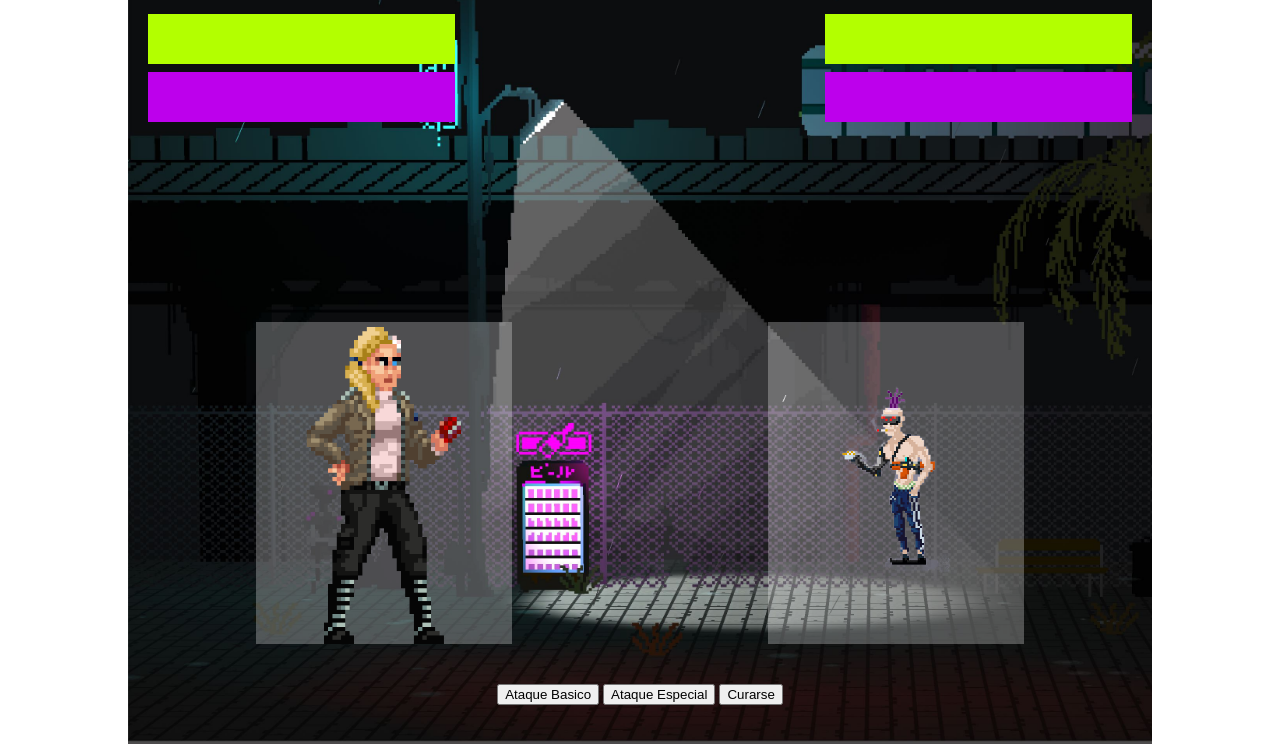
Repository: NovaDuel/novaduel-game
Page: index.html
An editor plug-in stored every save of this project. The page is shown before and after the next save, followed by the edit.
The browser window is 1280 px wide. The pictures show the whole page.

Above is the page before, as saved 2024-03-25 16:05:18.

### index.html
<!DOCTYPE html>
<html lang="en">
<head>
    <meta charset="UTF-8">
    <meta name="viewport" content="width=device-width, initial-scale=1.0">
    <link rel="stylesheet" href="style.css">
    <script src="main.js" defer></script>
    <title>NovaDuel</title>
</head>
<body>
    <div id="main-container">
        <div id="status">
            <div class="bars-wrapper">
                <div id="health-player" class="health"></div>
                <div id="stamina-player" class="stamina"></div>
            </div>
            <div class="bars-wrapper">
                <div id="health-enemy" class="health"></div>
                <div id="stamina-enemy" class="stamina"></div>
            </div>
        </div>
        <div id="characters">
            <div id="player" class="pj"></div>
            <div id="enemy" class="pj"></div>
        </div>
        <div id="actions">
            <div id="buttons">
                <button id="basic-attack" class="btn">Ataque Basico</button>
                <button id="special-attack" class="btn">Ataque Especial</button>
                <button id="heal-action" class="btn">Curarse</button>
            </div>
        </div>
    </div>
</body>
</html>

### style.css
body {
    margin: 0;
    padding: 0;
    height: 100vh;
    display: flex;
    align-items: center;
    justify-content: center;
}

#main-container {
    width: 1024px;
    height: 768px;
    background-size: cover;
    background-image: url(./images/scenario.jpg);
}

#status {
    display: flex;
    justify-content: space-between;
    width: 100%;
    height: 27%;
}

.bars-wrapper {
    display: flex;
    flex-direction: column;
    justify-content: space-evenly;
    align-items: left;
    width: 30%;
    height: 60%;
    margin-top: 30px;
    padding: 0 20px;
}

.health {
    width: 100%;
    height: 40%;
    background-color: rgb(179, 255, 0);
}

.stamina {
    width: 100%;
    height: 40%;
    background-color: rgb(189, 0, 236)
}

#characters {
    display: flex;
    align-items: end;
    justify-content: space-around;
    width: 100%;
    height: 60%;
}

.pj {
    height: 70%;
    width: 25%;
    background-color: rgba(255, 255, 255, 0.274);
}

#player {
    background-position-x: 50px;
    background-size: cover;
    background-repeat: no-repeat;
    background-image: url(./images/player.png)
}

#enemy {
    background-position-x: -20px;
    background-size: cover;
    background-repeat: no-repeat;
    background-image: url(./images/enemy.png)
}

#actions {
    height: 13%;
    display: flex;
    align-items: center;
    justify-content: center;
}

### main.js
const selector = selector => document.querySelector(selector);
const selectAll = selector => document.querySelectorAll(selector);

function Player (health, stamina, strength) {
    this.health = health;
    this.stamina = stamina;
    this.strength = strength;
    this.attackPlayer = function() {
        return this.strength;
    },
    this.specialAttackPlayer = function() {
        if (this.stamina >= 10) {
            this.stamina -= 10;
            return this.strength + 10 * Math.round(Math.random() * 3);
        }
    },
    this.receiveDamage = function(damage) {
        this.health -= damage;
    }
    this.healing = function() {
        if (this.stamina >= 20) {
            this.stamina -= 20;
            this.health += 50;
        }
    }
}


function Enemy (health, stamina, strength) {
    this.health = health;
    this.stamina = stamina;
    this.strength = strength;
    this.attackEnemy = function() {
        return this.strength;
    },
    this.specialAttackEnemy = function() {
        if (this.stamina >= 10) {
            this.stamina -= 10;
            return this.strength + 10 * Math.round(Math.random() * 3);
        }
    },
    this.receiveDamage = function (damage) {
        this.health -= damage;
    },
    this.healing = function() {
        if (this.stamina >= 20) {
            this.stamina -= 20;
            this.health += 50;
        }
    }
}

function Game() {

}

let player = new Player(100, 100, 20);
let enemy = new Enemy(100, 100, 18);

function actionsEnemy() {
    if (enemy.stamina >= 10) {
        if (enemy.health === 100) {
            let randomAction = Math.floor(Math.random() * 2);
            switch(randomAction) {
                case 0:
                    let enemyStrength = enemy.attackEnemy();
                    player.receiveDamage(enemyStrength);
                    selector("#health-player").style.width = `${player.health}%`;
                    break;
                case 1:
                    let specialEnemyStrength = enemy.specialAttackEnemy();
                    player.receiveDamage(specialEnemyStrength);
                    selector("#health-player").style.width = `${player.health}%`;
                    selector("#stamina-enemy").style.width = `${enemy.stamina}%`;
                    break;
            }
        } else {
            let randomAction = Math.floor(Math.random() * 3);
            switch(randomAction) {
                case 0:
                    let enemyStrength = enemy.attackEnemy();
                    player.receiveDamage(enemyStrength);
                    selector("#health-player").style.width = `${player.health}%`;
                    break;
                case 1:
                    let specialEnemyStrength = enemy.specialAttackEnemy();
                    player.receiveDamage(specialEnemyStrength);
                    selector("#health-player").style.width = `${player.health}%`;
                    selector("#stamina-enemy").style.width = `${enemy.stamina}%`;
                    break;
                case 2:
                    enemy.healing();
                    selector("#stamina-enemy").style.width = `${enemy.stamina}%`;
                    break;
            }
        }

    } else {
        let enemyStrength = enemy.attackEnemy();
        player.receiveDamage(enemyStrength);
        selector("#health-player").style.width = `${player.health}%`;
    }
}

let buttons = selectAll(".btn");

selector('#basic-attack').addEventListener('click', function() {
    let playerStrength = player.attackPlayer();
    enemy.receiveDamage(playerStrength);
    buttons.forEach(button => {
        button.setAttribute("disabled", "")
    })
    selector("#health-enemy").style.width = `${enemy.health}%`;
    setTimeout(actionsEnemy, 500);
    setTimeout(function() {
        buttons.forEach(button => {
            button.removeAttribute("disabled", "")
        })
    }, 1000)
    stateHealth();
});
selector('#special-attack').addEventListener('click', function() {
    let playerStrength = player.specialAttackPlayer();
    enemy.receiveDamage(playerStrength);
    buttons.forEach(button => {
        button.setAttribute("disabled", "")
    })
    selector("#health-enemy").style.width = `${enemy.health}%`;
    selector("#stamina-player").style.width = `${player.stamina}%`;
    setTimeout(actionsEnemy, 500);
    setTimeout(function() {
        buttons.forEach(button => {
            button.removeAttribute("disabled", "")
        })
    }, 1000)
    stateHealth();
});
selector('#heal-action').addEventListener('click', function() {
    if (player.health >= 100 || player.stamina === 0) {
        alert("No puedes curarte ahora mismo")
    } else {
        player.healing();
        buttons.forEach(button => {
            button.setAttribute("disabled", "")
        })
        selector("#stamina-player").style.width = `${player.stamina}%`;
        setTimeout(actionsEnemy, 500);
        setTimeout(function() {
            buttons.forEach(button => {
                button.removeAttribute("disabled", "")
            })
        }, 1000)
        stateHealth();
    }
});


function stateHealth() {
    if(enemy.health === 0 || enemy.health < 0) {
        console.log('YOU WIN');
    }
    if (player.health === 0 || player.health < 0) {
        console.log('GAME OVER');
    }
}

After the next save:
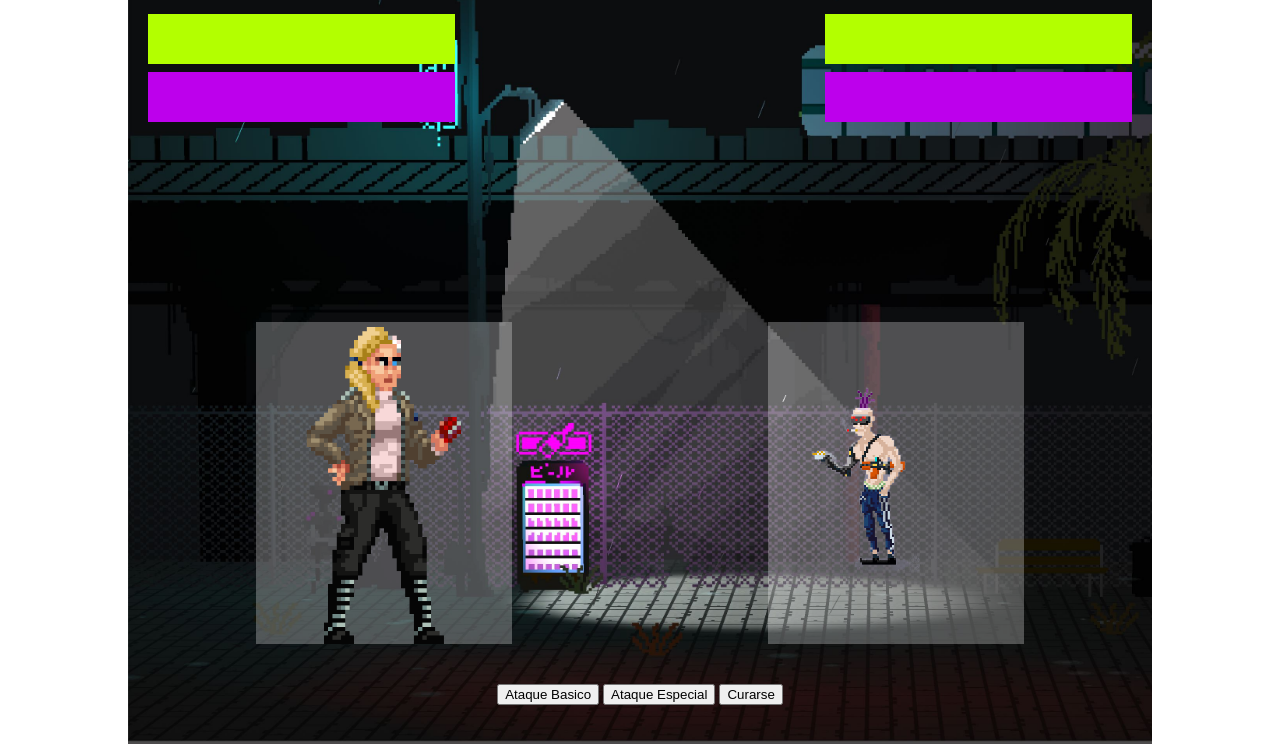
Saved 4 s later.
--- a/style.css
+++ b/style.css
@@ -66,7 +66,7 @@ body {
 }
 
 #enemy {
-    background-position-x: -20px;
+    background-position-x: -50px;
     background-size: cover;
     background-repeat: no-repeat;
     background-image: url(./images/enemy.png)
